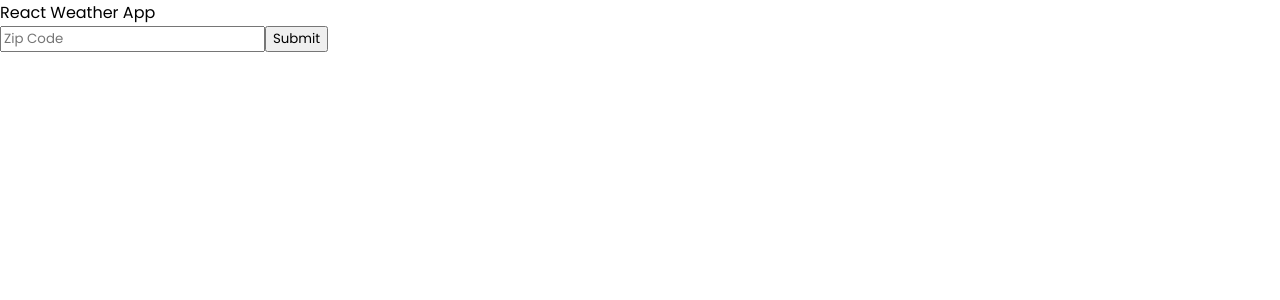
Repository: ellier7/weather-app
Page: /
These files come from the project's save history. The page is drawn as it stood at one moment and after the next save; the edit follows.
The browser window is 1280 px wide. The pictures show the whole page.
Some web fonts or font styles are not loaded; a fallback is used. The project was rebuilt for these pictures with package versions that can differ from the ones it lists, and the page was loaded fresh each time.

Above is the page before, as saved 2021-12-30 16:51:10.

### public/index.html
<!DOCTYPE html>
<html lang="en">
  <head>
    <meta charset="utf-8" />
    <link rel="icon" href="%PUBLIC_URL%/favicon.ico" />
    <meta name="viewport" content="width=device-width, initial-scale=1" />
    <meta name="theme-color" content="#000000" />
    <meta
      name="description"
      content="Web site created using create-react-app"
    />
    <link rel="apple-touch-icon" href="%PUBLIC_URL%/logo192.png" />
    <!--
      manifest.json provides metadata used when your web app is installed on a
      user's mobile device or desktop. See https://developers.google.com/web/fundamentals/web-app-manifest/
    -->
    <link rel="manifest" href="%PUBLIC_URL%/manifest.json" />
    <!--
      Notice the use of %PUBLIC_URL% in the tags above.
      It will be replaced with the URL of the `public` folder during the build.
      Only files inside the `public` folder can be referenced from the HTML.

      Unlike "/favicon.ico" or "favicon.ico", "%PUBLIC_URL%/favicon.ico" will
      work correctly both with client-side routing and a non-root public URL.
      Learn how to configure a non-root public URL by running `npm run build`.
    -->
    <link
    href="https://fonts.googleapis.com/css2?family=Poppins&family=Fascinate+Inline&display=swap"
    rel="stylesheet"
  />
    <title>React App</title>
  </head>
  <body>
    <noscript>You need to enable JavaScript to run this app.</noscript>
    <div id="root"></div>
    <!--
      This HTML file is a template.
      If you open it directly in the browser, you will see an empty page.

      You can add webfonts, meta tags, or analytics to this file.
      The build step will place the bundled scripts into the <body> tag.

      To begin the development, run `npm start` or `yarn start`.
      To create a production bundle, use `npm run build` or `yarn build`.
    -->
  </body>
</html>

### src/App.tsx
import React from "react";

//components
import ZipCode from "./components/ZipCode";

//styles
import { GlobalStyle } from "./App.styles";

function App() {
  return (
    <>
      <GlobalStyle />
      <div className="App">
        <header className="App-header">React Weather App</header>
        <ZipCode />
      </div>
    </>
  );
}

export default App;

### src/components/ZipCode.tsx
import React, { FormEvent, useState } from "react";
import { getByZip, WeatherData } from "../api";

//styles
import { Wrapper } from "../App.styles";

function ZipCode() {
  const [zip, setZip] = useState<number>(0);
  const [showResults, setShowResults] = useState<boolean>(false);
  const [weather, setWeather] = useState<WeatherData>({
    name: "",
    weather: [],
  });

  function handleSubmit(e: FormEvent<HTMLFormElement>) {
    e.preventDefault();
    getByZip(zip).then((res) => {
      setWeather({
        name: res.name,
        weather: res.weather,
      });
      setShowResults(true);
    });
  }
  return (
    <Wrapper>
      <form onSubmit={handleSubmit}>
        <input
          type="number"
          placeholder="Zip Code"
          onChange={(e) => setZip(e.target.value as any)}
        />
        <button type="submit">Submit</button>
      </form>
      {showResults ? (
        <div className="flex">
          <p>
            <b>Location:</b> {weather.name}
          </p>
          {weather.weather.map((w) => {
            return (
              <div>
                <b>Weather:</b> {w.description}
                <img
                  alt="icon"
                  src={`https://openweathermap.org/img/wn/${w.icon}.png`}
                />
              </div>
            );
          })}
        </div>
      ) : null}
    </Wrapper>
  );
}

export default ZipCode;

### src/App.styles.ts
import styled, { createGlobalStyle } from "styled-components";

export const GlobalStyle = createGlobalStyle`
  html {
    height: 100%;
  }

  body {
    margin: 0;
  }

  * {
    font-family: 'Poppins', sans-serif;
    box-sizing: border-box;
  }
`;
export const Wrapper = styled.div`
  .flex {
    display: flex;
    flex-direction: column;
    align-items: center;
  }
`;

### src/api.tsx
import axios from "axios";

export interface Weather {
  id: string;
  main: string;
  description: string;
  icon: string;
}

export interface WeatherData {
  name: string;
  weather: Weather[];
}
const API_KEY = "1b6e23c302f427a659f4078a03855e00";

export const getByZip = async (zip: number): Promise<WeatherData> => {
  const url = `https://api.openweathermap.org/data/2.5/weather?zip=${zip}&appid=${API_KEY}`;

  const res = await axios.get(url);

  let w: WeatherData = {
    weather: res.data.weather,
    name: res.data.name,
  };
  return w;
};

export const getByCity = async (cityName: string): Promise<WeatherData> => {
  const url = `https://api.openweathermap.org/data/2.5/weather?q=${cityName}&appid=${API_KEY}`;

  const res = await axios.get(url);

  let w: WeatherData = {
    weather: res.data.weather,
    name: res.data.name,
  };
  return w;
};

Loaded but not shown: src/index.tsx (common file); src/index.css (common file)

After the next save:
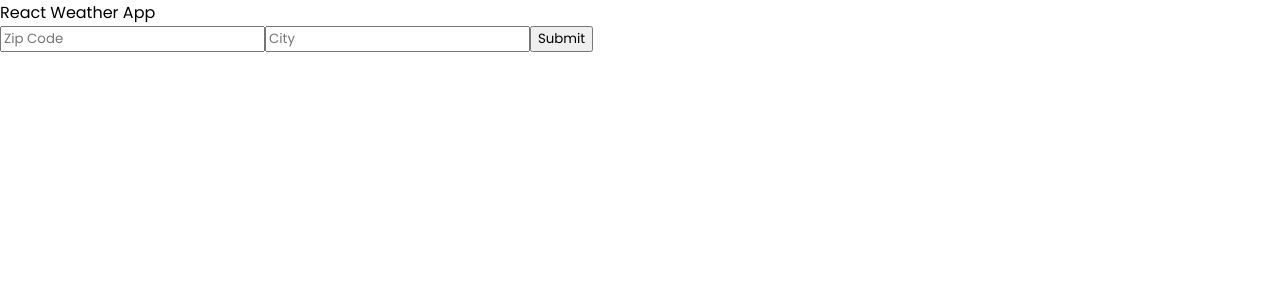
Saved 3 min 4 s later.
--- a/src/components/ZipCode.tsx
+++ b/src/components/ZipCode.tsx
@@ -1,11 +1,13 @@
 import React, { FormEvent, useState } from "react";
-import { getByZip, WeatherData } from "../api";
+import { getByZip, getByCity, WeatherData } from "../api";
 
 //styles
 import { Wrapper } from "../App.styles";
 
 function ZipCode() {
   const [zip, setZip] = useState<number>(0);
+  const [city, setCity] = useState<string>("");
+
   const [showResults, setShowResults] = useState<boolean>(false);
   const [weather, setWeather] = useState<WeatherData>({
     name: "",
@@ -14,13 +16,22 @@ function ZipCode() {
 
   function handleSubmit(e: FormEvent<HTMLFormElement>) {
     e.preventDefault();
-    getByZip(zip).then((res) => {
-      setWeather({
-        name: res.name,
-        weather: res.weather,
+    if (zip !== 0) {
+      getByZip(zip).then((res) => {
+        setWeather({
+          name: res.name,
+          weather: res.weather,
+        });
       });
-      setShowResults(true);
-    });
+    } else if (city !== "") {
+      getByCity(city).then((res) => {
+        setWeather({
+          name: res.name,
+          weather: res.weather,
+        });
+      });
+    }
+    setShowResults(true);
   }
   return (
     <Wrapper>
@@ -29,6 +40,11 @@ function ZipCode() {
           type="number"
           placeholder="Zip Code"
           onChange={(e) => setZip(e.target.value as any)}
+        />
+        <input
+          type="text"
+          placeholder="City"
+          onChange={(e) => setCity(e.target.value as any)}
         />
         <button type="submit">Submit</button>
       </form>
